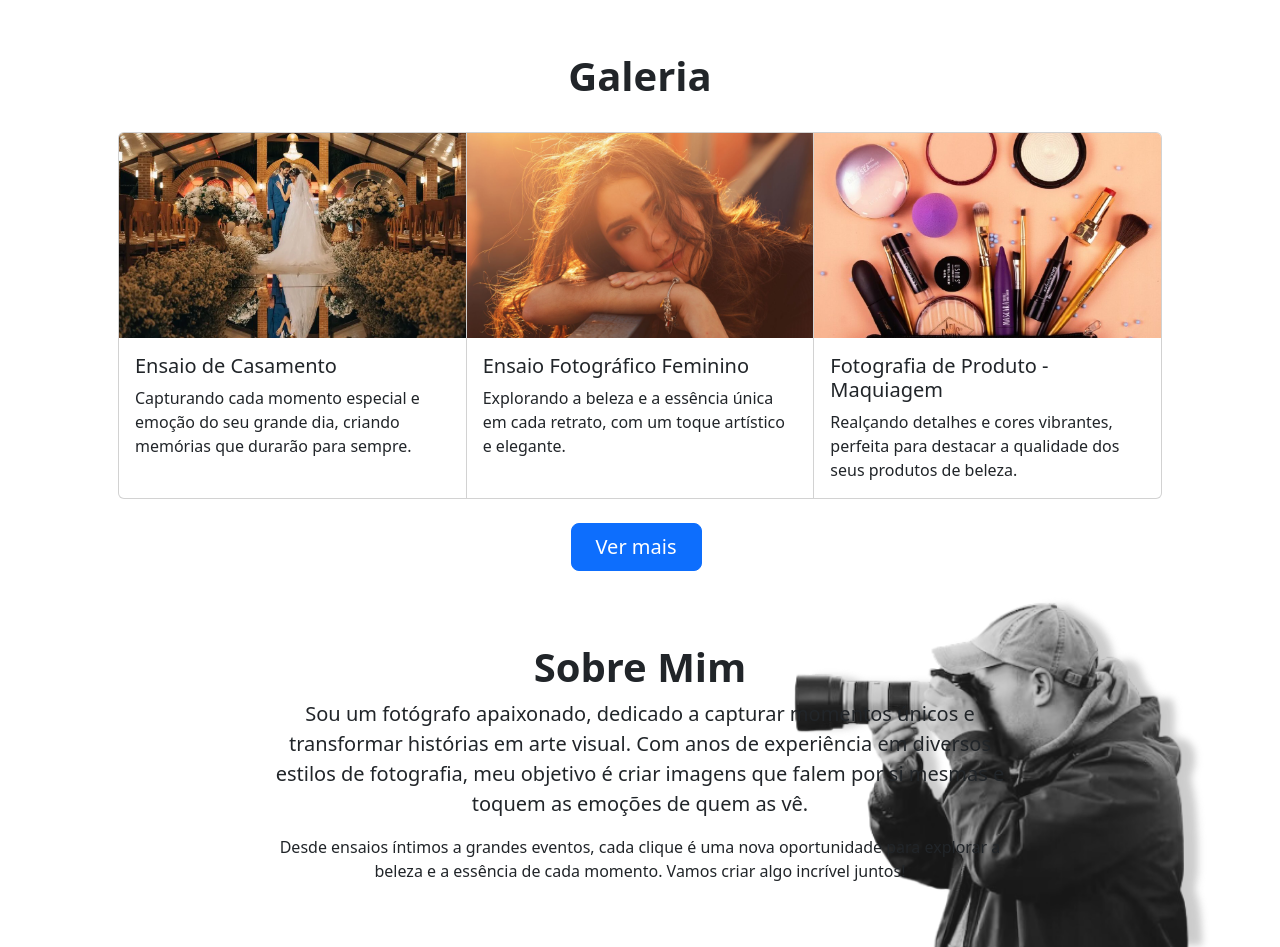
Repository: Marinalr-25/portifolio-fotografia
Page: index.html
These files come from the project's save history. The page is drawn as it stood at one moment and after the next save; the edit follows.
The browser window is 1280 px wide. The pictures show the part of the page from y = 556 to 1503 px (the page is 1503 px tall).
A picture or video elsewhere on the page could not be fetched, so the positions and the page height are approximate.

Above is the page before, as saved 2025-01-19 17:37:45.

### index.html
<!DOCTYPE html>
<html lang="pt-BR" data-bs-theme="dark">
  <head>
    <meta charset="utf-8" />
    <meta name="viewport" content="width=device-width, initial-scale=1" />
    <title>Portifolio Fotográfia</title>
    <link
      href="https://cdn.jsdelivr.net/npm/bootstrap@5.3.3/dist/css/bootstrap.min.css"
      rel="stylesheet"
      integrity="sha384-QWTKZyjpPEjISv5WaRU9OFeRpok6YctnYmDr5pNlyT2bRjXh0JMhjY6hW+ALEwIH"
      crossorigin="anonymous"
    />
    <!-- Bootstrap Icons -->
    <link
      href="https://cdn.jsdelivr.net/npm/bootstrap-icons/font/bootstrap-icons.css"
      rel="stylesheet"
    />
    <link rel="stylesheet" href="css/style.css" />
  </head>
  <body>
    <!-- Header -->
    <div class="container">
      <header
        class="d-flex flex-wrap justify-content-center py-3 mb-4 border-bottom fixed-top header header-light"
      >
        <a
          href="/"
          class="d-flex align-items-center mb-3 mb-md-0 me-md-auto link-body-emphasis text-decoration-none"
        >
          <svg class="bi me-2" width="40" height="32">
            <use xlink:href="#bootstrap" />
          </svg>
          <span class="fs-4">Fotográfo Bootstrap</span>
        </a>

        <ul class="nav nav-pills">
          <li class="nav-item">
            <a href="#home" class="nav-link active" aria-current="page">Home</a>
          </li>
          <li class="nav-item">
            <a href="#galeria" class="nav-link">Galeria</a>
          </li>
          <li class="nav-item">
            <a href="#sobre" class="nav-link">Sobre mim</a>
          </li>
          <li class="nav-item">
            <a href="#servicos" class="nav-link">Serviços</a>
          </li>
          <li class="nav-item">
            <a href="#contato" class="nav-link">Contato</a>
          </li>
          <button id="toggleThemeBtn" class="btn btn-light">
            <i id="themeIcon" class="bi bi-brightness-high"></i>
          </button>
        </ul>
      </header>
    </div>

    <!-- Hero -->
    <div id="home" class="container col-xxl-8 px-4 py-5">
      <div class="row flex-lg-row-reverse align-items-center g-5 py-5">
        <div class="col-10 col-sm-8 col-lg-6">
          <img
            src="src/fotografiaHero.jpg"
            class="d-block mx-lg-auto img-fluid img-hero"
            alt="Bootstrap Themes"
            width="700"
            height="500"
            loading="lazy"
          />
        </div>
        <div class="col-lg-6">
          <h1 class="fw-bold text-body-emphasis lh-1 mb-3">
            Capturando Momentos, Criando Memórias
          </h1>
          <p class="lead">
            Com uma abordagem única e criativa, busco capturar a essência de
            cada cena e emoção. Meu trabalho é uma mistura de técnica, paixão e
            sensibilidade. Através da minha lente, tento criar imagens que falam
            por si mesmas.
          </p>
          <div class="d-grid gap-2 d-md-flex justify-content-md-start">
            <button type="button" class="btn btn-primary btn-lg px-4 me-md-2">
              Veja meu trabalho
            </button>
            <button type="button" class="btn btn-outline-secondary btn-lg px-4">
              Entre em Contato
            </button>
          </div>
        </div>
      </div>
    </div>

    <!-- Galeria -->
    <div
      id="galeria"
      class="container card-group p-4 d-flex justify-content-center"
    >
      <h1 class="fw-bold">Galeria</h1>
      <div class="card-group p-4">
        <div class="card">
          <img
            src="src/casamento.webp"
            class="card-img-top"
            alt="ensaio fotografico de casamento"
          />
          <div class="card-body">
            <h5 class="card-title">Ensaio de Casamento</h5>
            <p class="card-text">
              Capturando cada momento especial e emoção do seu grande dia,
              criando memórias que durarão para sempre.
            </p>
          </div>
        </div>
        <div class="card">
          <img
            src="src/ensaiofotografico.jpeg"
            class="card-img-top"
            alt="ensaio fotografico de uma mulher"
          />
          <div class="card-body">
            <h5 class="card-title">Ensaio Fotográfico Feminino</h5>
            <p class="card-text">
              Explorando a beleza e a essência única em cada retrato, com um
              toque artístico e elegante.
            </p>
          </div>
        </div>
        <div class="card">
          <img
            src="src/maquiagem.jpg"
            class="card-img-top"
            alt="ensaio fotografico de produto (maquiagem)"
          />
          <div class="card-body">
            <h5 class="card-title">Fotografia de Produto - Maquiagem</h5>
            <p class="card-text">
              Realçando detalhes e cores vibrantes, perfeita para destacar a
              qualidade dos seus produtos de beleza.
            </p>
          </div>
        </div>
      </div>
      <button type="button" class="btn btn-primary btn-lg px-4 me-md-2">
        Ver mais
      </button>
    </div>

    <!-- Sobre mim -->
    <div id="sobre" class="container py-5 fotografo">
      <div class="row justify-content-center">
        <div class="col-lg-8 text-center">
          <h1 class="fw-bold">Sobre Mim</h1>
          <p class="lead">
            Sou um fotógrafo apaixonado, dedicado a capturar momentos únicos e
            transformar histórias em arte visual. Com anos de experiência em
            diversos estilos de fotografia, meu objetivo é criar imagens que
            falem por si mesmas e toquem as emoções de quem as vê.
          </p>
          <p>
            Desde ensaios íntimos a grandes eventos, cada clique é uma nova
            oportunidade para explorar a beleza e a essência de cada momento.
            Vamos criar algo incrível juntos!
          </p>
        </div>
      </div>
    </div>

    <script
      src="https://cdn.jsdelivr.net/npm/@popperjs/core@2.11.8/dist/umd/popper.min.js"
      integrity="sha384-I7E8VVD/ismYTF4hNIPjVp/Zjvgyol6VFvRkX/vR+Vc4jQkC+hVqc2pM8ODewa9r"
      crossorigin="anonymous"
    ></script>
    <script
      src="https://cdn.jsdelivr.net/npm/bootstrap@5.3.3/dist/js/bootstrap.min.js"
      integrity="sha384-0pUGZvbkm6XF6gxjEnlmuGrJXVbNuzT9qBBavbLwCsOGabYfZo0T0to5eqruptLy"
      crossorigin="anonymous"
    ></script>
    <script src="js/script.js"></script>
  </body>
</html>

### css/style.css
/* Style Bootstrap */

.bd-placeholder-img {
  font-size: 1.125rem;
  text-anchor: middle;
  -webkit-user-select: none;
  -moz-user-select: none;
  user-select: none;
}

@media (min-width: 768px) {
  .bd-placeholder-img-lg {
    font-size: 3.5rem;
  }
}

.b-example-divider {
  width: 100%;
  height: 3rem;
  background-color: rgba(0, 0, 0, 0.1);
  border: solid rgba(0, 0, 0, 0.15);
  border-width: 1px 0;
  box-shadow: inset 0 0.5em 1.5em rgba(0, 0, 0, 0.1),
    inset 0 0.125em 0.5em rgba(0, 0, 0, 0.15);
}

.b-example-vr {
  flex-shrink: 0;
  width: 1.5rem;
  height: 100vh;
}

.bi {
  vertical-align: -0.125em;
  fill: currentColor;
}

.nav-scroller {
  position: relative;
  z-index: 2;
  height: 2.75rem;
  overflow-y: hidden;
}

.nav-scroller .nav {
  display: flex;
  flex-wrap: nowrap;
  padding-bottom: 1rem;
  margin-top: -1px;
  overflow-x: auto;
  text-align: center;
  white-space: nowrap;
  -webkit-overflow-scrolling: touch;
}

.btn-bd-primary {
  --bd-violet-bg: #712cf9;
  --bd-violet-rgb: 112.520718, 44.062154, 249.437846;

  --bs-btn-font-weight: 600;
  --bs-btn-color: var(--bs-white);
  --bs-btn-bg: var(--bd-violet-bg);
  --bs-btn-border-color: var(--bd-violet-bg);
  --bs-btn-hover-color: var(--bs-white);
  --bs-btn-hover-bg: #6528e0;
  --bs-btn-hover-border-color: #6528e0;
  --bs-btn-focus-shadow-rgb: var(--bd-violet-rgb);
  --bs-btn-active-color: var(--bs-btn-hover-color);
  --bs-btn-active-bg: #5a23c8;
  --bs-btn-active-border-color: #5a23c8;
}

.bd-mode-toggle {
  z-index: 1500;
}

.bd-mode-toggle .dropdown-menu .active .bi {
  display: block !important;
}

/* CSS próprio */

/* Header */
.header-light {
  background-color: #fff;
  color: #000;
}

.header-dark {
  background-color: #212529;
  color: #fff;
}

/* Hero */
.img-hero {
  width: 1000px;
}

/* Galeria */
.card-img-top {
  width: 100%;
  height: 205px;
  object-fit: cover;
}

/* sobre mim */
.fotografo {
  background-image: url(/src/fotografosombracortada.png);
  background-position: right;
  background-repeat: no-repeat;
  background-size: contain;
  z-index: -1;
}

### js/script.js
const toggleThemeBtn = document.getElementById('toggleThemeBtn');
const themeIcon = document.getElementById('themeIcon');
const header = document.querySelector('.header');
const body = document.body;

// Função para definir o ícone, tema e a classe do botão ao carregar a página
function setInitialTheme() {
  if (body.getAttribute('data-bs-theme') === 'dark') {
    themeIcon.classList.remove('bi-brightness-high');
    themeIcon.classList.add('bi-moon-stars-fill');
    toggleThemeBtn.classList.remove('btn-light');
    toggleThemeBtn.classList.add('btn-dark');
  } else {
    body.setAttribute('data-bs-theme', 'light');
    themeIcon.classList.remove('bi-moon-stars-fill');
    themeIcon.classList.add('bi-brightness-high');
    toggleThemeBtn.classList.remove('btn-dark');
    toggleThemeBtn.classList.add('btn-light');
  }
}

// Definir o tema inicial ao carregar
setInitialTheme();

toggleThemeBtn.addEventListener('click', () => {
  if (body.getAttribute('data-bs-theme') === 'dark') {
    body.setAttribute('data-bs-theme', 'light');
    themeIcon.classList.remove('bi-moon-stars-fill');
    themeIcon.classList.add('bi-brightness-high');
    header.classList.remove('header-dark');
    header.classList.add('header-light');
    toggleThemeBtn.classList.remove('btn-dark');
    toggleThemeBtn.classList.add('btn-light');
  } else {
    body.setAttribute('data-bs-theme', 'dark');
    themeIcon.classList.remove('bi-brightness-high');
    themeIcon.classList.add('bi-moon-stars-fill');
    header.classList.remove('header-light');
    header.classList.add('header-dark');
    toggleThemeBtn.classList.remove('btn-light');
    toggleThemeBtn.classList.add('btn-dark');
  }
});

After the next save:
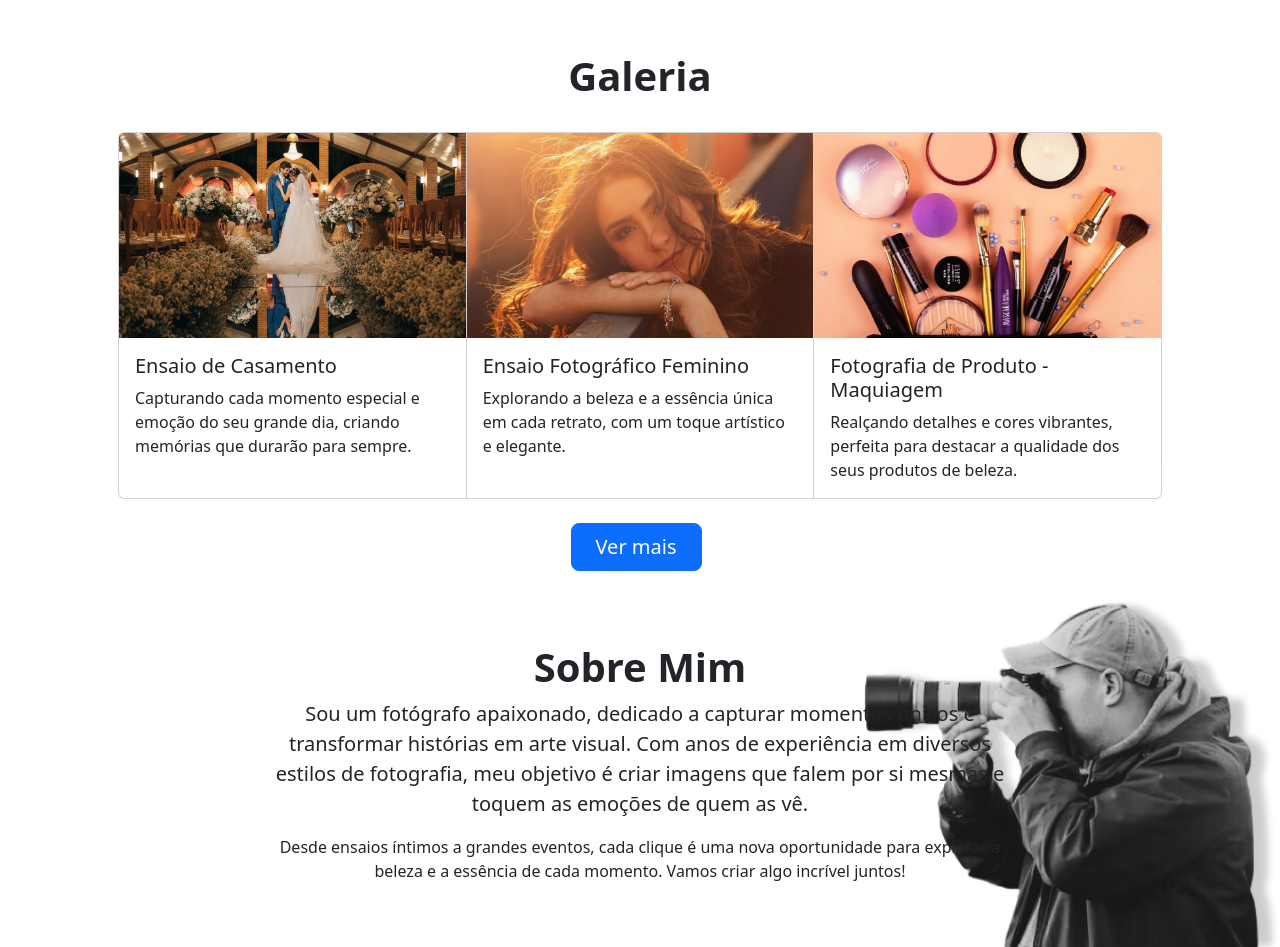
Saved 67 s later.
--- a/index.html
+++ b/index.html
@@ -147,21 +147,23 @@
     </div>
 
     <!-- Sobre mim -->
-    <div id="sobre" class="container py-5 fotografo">
-      <div class="row justify-content-center">
-        <div class="col-lg-8 text-center">
-          <h1 class="fw-bold">Sobre Mim</h1>
-          <p class="lead">
-            Sou um fotógrafo apaixonado, dedicado a capturar momentos únicos e
-            transformar histórias em arte visual. Com anos de experiência em
-            diversos estilos de fotografia, meu objetivo é criar imagens que
-            falem por si mesmas e toquem as emoções de quem as vê.
-          </p>
-          <p>
-            Desde ensaios íntimos a grandes eventos, cada clique é uma nova
-            oportunidade para explorar a beleza e a essência de cada momento.
-            Vamos criar algo incrível juntos!
-          </p>
+    <div class="fotografo">
+      <div id="sobre" class="container py-5">
+        <div class="row justify-content-center">
+          <div class="col-lg-8 text-center">
+            <h1 class="fw-bold">Sobre Mim</h1>
+            <p class="lead">
+              Sou um fotógrafo apaixonado, dedicado a capturar momentos únicos e
+              transformar histórias em arte visual. Com anos de experiência em
+              diversos estilos de fotografia, meu objetivo é criar imagens que
+              falem por si mesmas e toquem as emoções de quem as vê.
+            </p>
+            <p>
+              Desde ensaios íntimos a grandes eventos, cada clique é uma nova
+              oportunidade para explorar a beleza e a essência de cada momento.
+              Vamos criar algo incrível juntos!
+            </p>
+          </div>
         </div>
       </div>
     </div>
